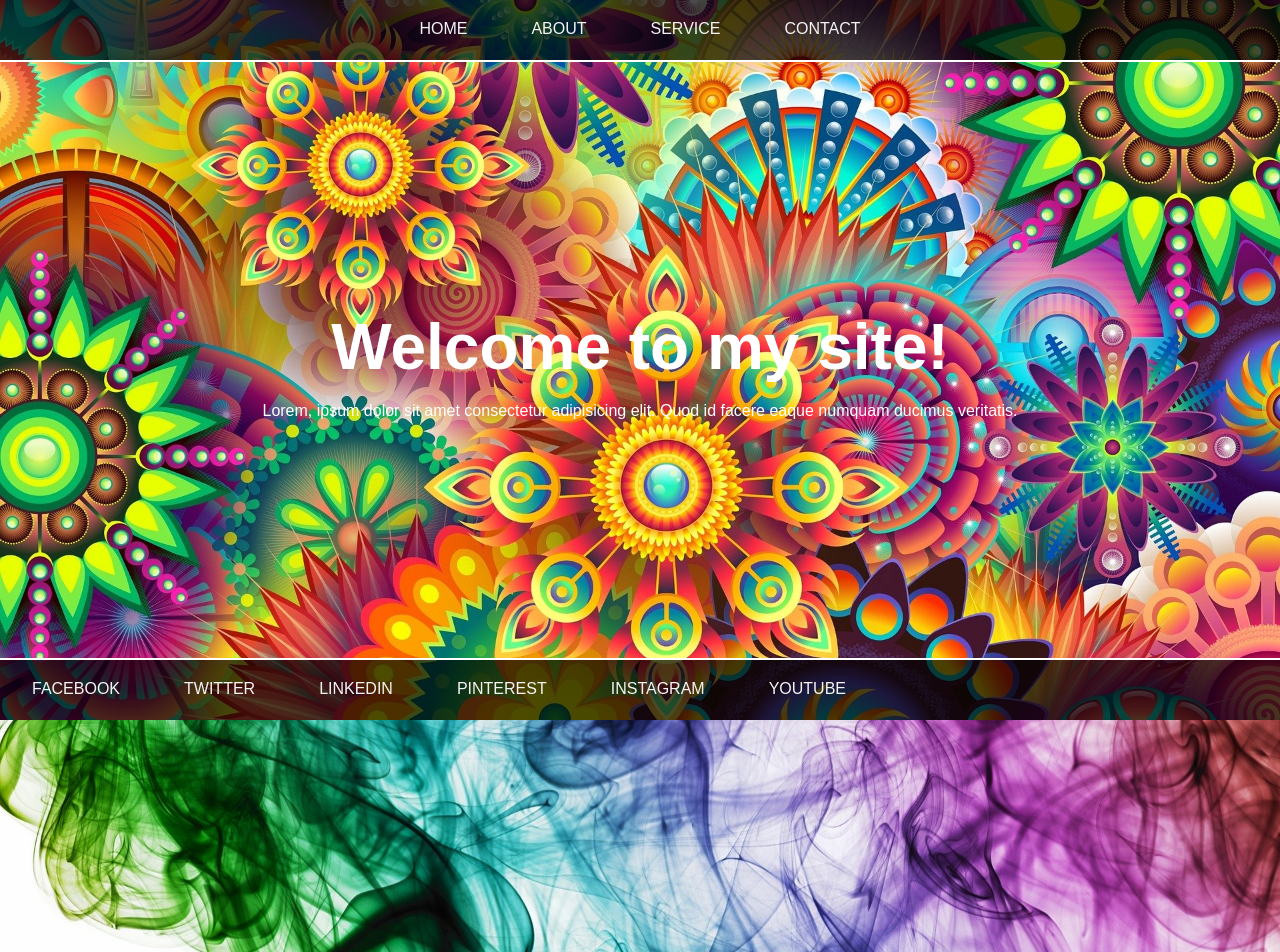
Repository: lemon-squeezy/milestone-project-1
Page: index.html
The author's editor kept a record of every edit. The page is drawn from the files as they stood at one moment, then again after the next edit.
The browser window is 1280 px wide. The pictures show the part of the page from y = 0 to 952 px (the page is 2880 px tall).
Some web libraries are served in a nearby version.

Above is the page before.

### index.html
<!DOCTYPE html>
<html lang="en">
<head>
    <meta charset="UTF-8">
    <meta name="viewport" content="width=device-width, initial-scale=1.0">
    <title>Smooth Scroll Landing Page</title>
    <link rel="stylesheet" href="style.css">
</head>
<body>
    <div class="container">
        <nav class="navbar">
            <ul>
                <li><a href="#home">Home</a></li>
                <li><a href="#about">About</a></li>
                <li><a href="#service">Service</a></li>
                <li><a href="#contact">Contact</a></li>
            </ul>
        </nav>
        <section id="home">
            <h1>Welcome to my site!</h1>
            <p>Lorem, ipsum dolor sit amet consectetur adipisicing elit. Quod id facere eaque numquam ducimus veritatis.</p>
        </section>
        <section id="about">
            <h1>About!</h1>
            <p>Lorem, ipsum dolor sit amet consectetur adipisicing elit. Quod id facere eaque numquam ducimus veritatis.</p>
        </section>
        <section id="service">
            <h1>Service</h1>
            <p>Lorem, ipsum dolor sit amet consectetur adipisicing elit. Quod id facere eaque numquam ducimus veritatis.</p>
        </section>
        <section id="contact">
            <h1>Contact</h1>
            <p>Lorem, ipsum dolor sit amet consectetur adipisicing elit. Quod id facere eaque numquam ducimus veritatis.</p>
        </section>
        <footer class="footer">
            <div class="footerbar">
            <ul class="list-inline social-links">
                    <li class="list-inline-item">
                        <a target="_blank" href="#">
                            <i class="fa fa-facebook" aria-hidden="true"></i>
                            <span class="sr-only">Facebook</span>
                        </a>
                    </li>
                    <li class="list-inline-item">
                        <a target="_blank" href="#">
                            <i class="fa fa-twitter" aria-hidden="true"></i>
                            <span class="sr-only">Twitter</span>
                        </a>
                    </li>
                    <li class="list-inline-item">
                        <a target="_blank" href="#">
                            <i class="fa fa-linkedin" aria-hidden="true"></i>
                            <span class="sr-only">LinkedIn</span>
                        </a>
                    </li>
                    <li class="list-inline-item">
                        <a target="_blank" href="#">
                            <i class="fa fa-pinterest" aria-hidden="true"></i>
                            <span class="sr-only">Pinterest</span>
                        </a>
                    </li>
                    <li class="list-inline-item">
                        <a target="_blank" href="#">
                            <i class="fa fa-instagram" aria-hidden="true"></i>
                            <span class="sr-only">Instagram</span>
                        </a>
                    </li>
                    <li class="list-inline-item">
                        <a target="_blank" href="#">
                            <i class="fa fa-youtube" aria-hidden="true"></i>
                            <span class="sr-only">YouTube</span>
                        </a>
                    </li>
                </ul>
        </nav>
        </footer>
    </div>

</body>
</html>

### style.css
* {
    margin: 0;
    padding: 0;
  }

  body {
    font-family: Arial, Helvetica, sans-serif;
    background: #333;
    color: #fff;
    height: 100vh;
    line-height: 1.6;
    overflow: hidden;
    margin: 0;
  }

  .container-fluid {
    width: 100%;
    height: 100%;
    /* CSS Smooth Scroll */
    overflow-y: scroll;
    scroll-behavior: smooth;
    scroll-snap-type: y mandatory;
    margin: 0;
    padding: 0;
  }

  .lead {
    font-size: 1.5rem;
  }
  .navbar {
    position: fixed;
    top: 0;
    z-index: 1;
    display: flex;
    width: 100%;
    height: 60px;
    background: rgba(0,0,0,0.7);
    border-bottom: 2px solid #FFF;
  }
  .navbar-brand {
    top: 0;
    left:0;
    position: relative;
    background: url(images/Logo.jpg);
    width: 47px;
    background-size: contain;
    background-repeat: no-repeat;
    border-radius: 5px;
}

  .navbar ul {
    display: flex;
    list-style: none;
    width: 100%;
    justify-content: center;
  }

  .navbar ul li {
    margin: 0 1rem;
    padding: 1rem;
  }

  .navbar ul li a {
    text-decoration: none;
    text-transform: uppercase;
    color: #f4f4f4;
  }

  .navbar ul li a:hover {
    color: skyblue;
  }

  section {
    display: flex;
    flex-direction: column;
    align-items: center;
    justify-content: center;
    text-align: center;
    width: 100%;
    height: 100vh;

    /* Scroll Snap */
    scroll-snap-align: center;
  }

  section h1 {
    font-size: 4rem;
  }

  /* Section Images */
  section#home {
    background: url('images/psychedelic.jpg') no-repeat center center/cover;;
  }

  section#about {
    background: url('images/colour-bg1.jpg') no-repeat center center/cover;;
  }

  section#service {
    background: url('images/colour-bg2.jpg') no-repeat center center/cover;;
  }

  section#contact {
    background: url('https://source.unsplash.com/2aAHlfDOhJM/1600x900') no-repeat center center/cover;;
  }

  footer {
    position: fixed;
    bottom: 0;
    z-index: 1;
    display: flex;
    width: 100%;
    height: 60px;
    background: rgba(0,0,0,0.7);
    border-top: 2px solid #FFF;
  }

    .footerbar ul {
    display: flex;
    list-style: none;
    width: 100%;
  }

  .footerbar ul li {
    margin: 0 1rem;
    padding: 1rem;
  }

  .footerbar ul li a {
    text-decoration: none;
    text-transform: uppercase;
    color: #f4f4f4;
  }

  .footerbar ul li a:hover {
    color: skyblue;
  }

After the next edit:
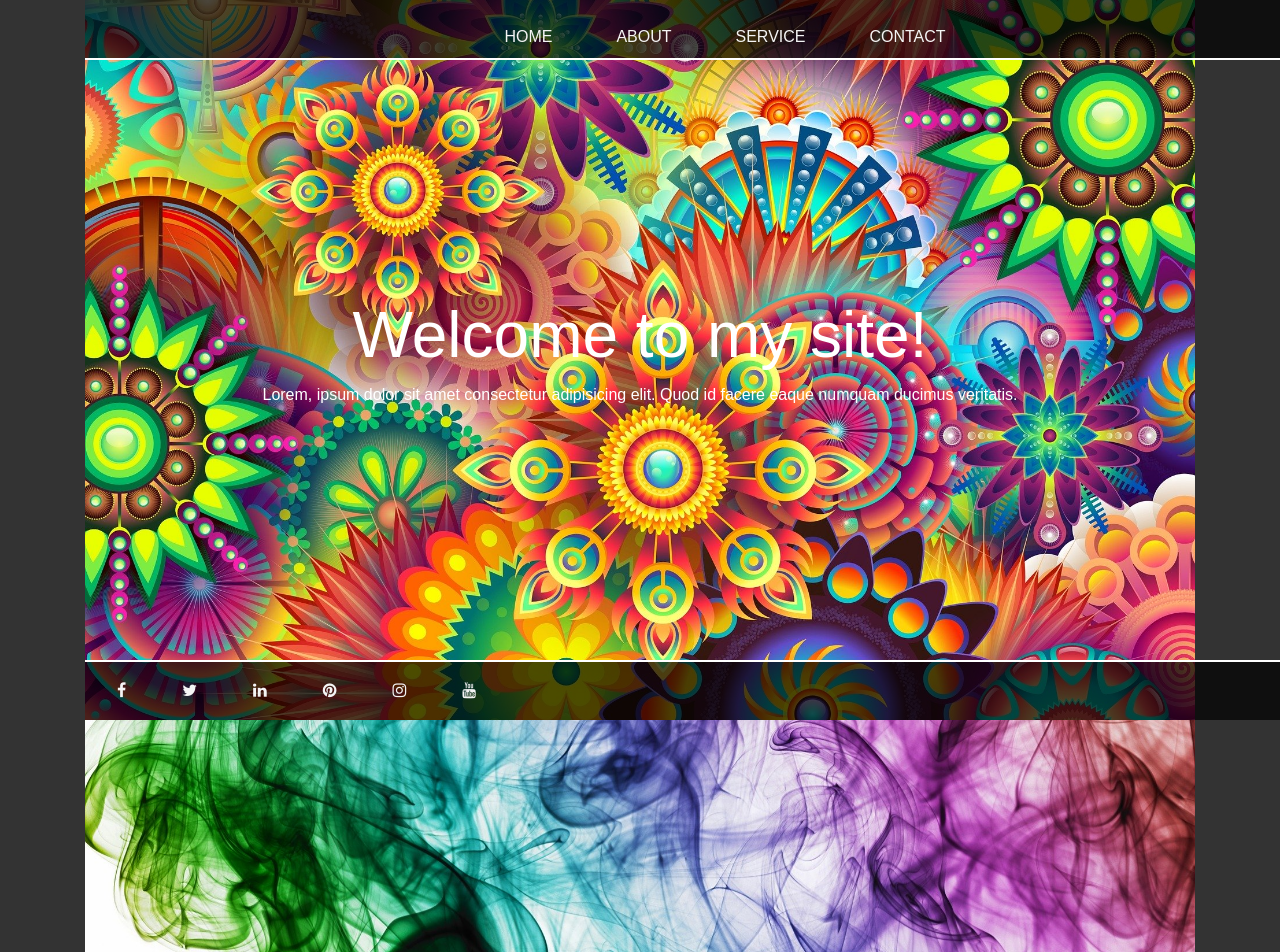
The edit:
--- a/index.html
+++ b/index.html
@@ -4,6 +4,9 @@
     <meta charset="UTF-8">
     <meta name="viewport" content="width=device-width, initial-scale=1.0">
     <title>Smooth Scroll Landing Page</title>
+        <link rel="stylesheet" href="https://maxcdn.bootstrapcdn.com/bootstrap/4.2.1/css/bootstrap.min.css" type="text/css" />
+    <link rel="stylesheet" href="https://maxcdn.bootstrapcdn.com/font-awesome/4.7.0/css/font-awesome.min.css" type="text/css" />
+    <link rel="stylesheet" href="https://cdnjs.cloudflare.com/ajax/libs/hover.css/2.1.1/css/hover-min.css" type="text/css" />
     <link rel="stylesheet" href="style.css">
 </head>
 <body>
